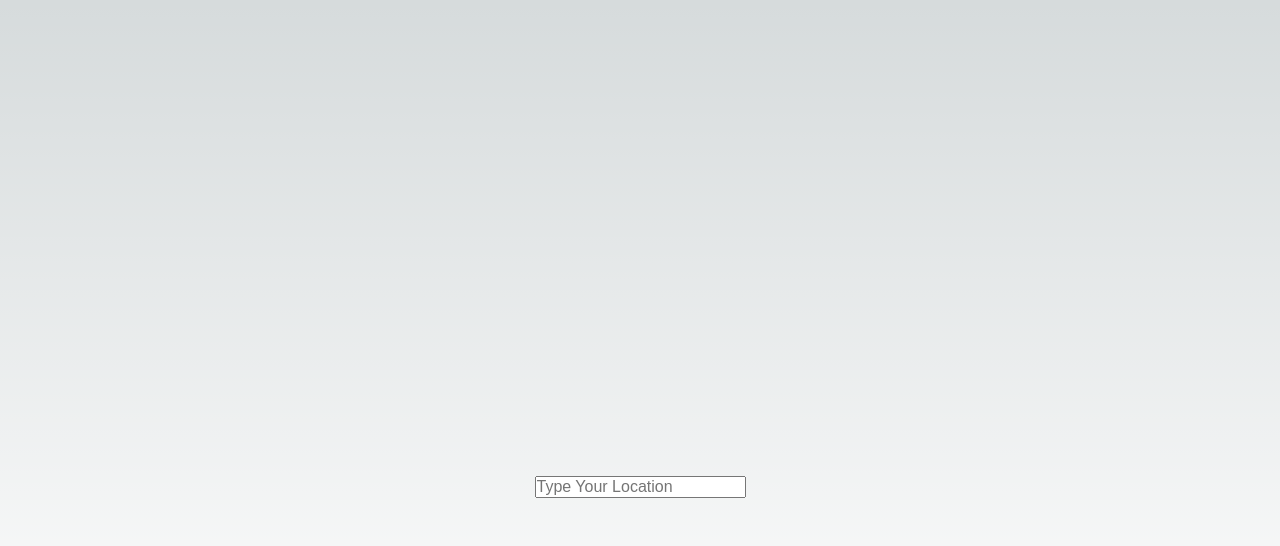
Repository: Heidingg/weather_app
Page: /
These files come from the project's save history. The page is drawn as it stood at one moment and after the next save; the edit follows.
The browser window is 1280 px wide. The pictures show the whole page.
The project was rebuilt for these pictures with package versions that can differ from the ones it lists, and the page was loaded fresh each time. The framework's server and built-in components were replaced by stand-ins that run in the browser. Also part of the build but not shown: next.config.js.

Above is the page before, as saved 2023-01-19 22:27:09.

After the next save:
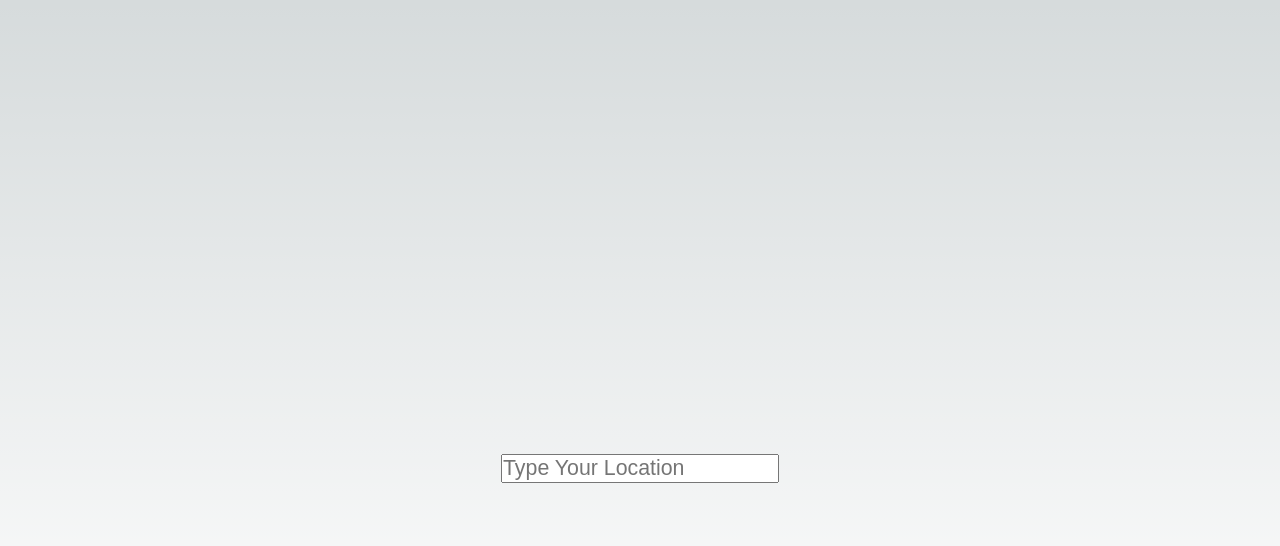
Saved 6 s later.
--- a/styles/globals.css
+++ b/styles/globals.css
@@ -78,7 +78,7 @@
   padding: 0;
   margin: 0;
   font-family: "Montserrat", sans-serif;
-  font-size: 12pt;
+  font-size: 16pt;
 }
 
 html,
